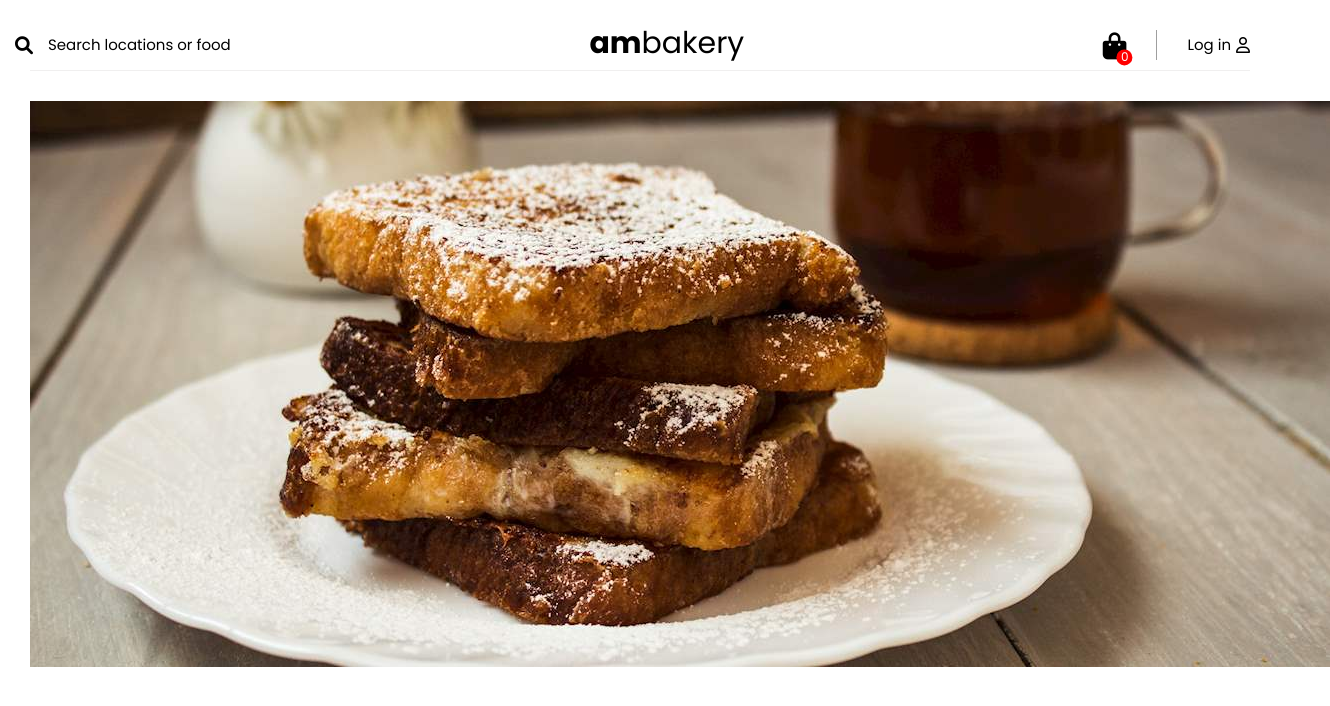
Repository: ntsanq/AmBakery
Page: http://localhost/
An editor plug-in stored every save of this project. The page is shown before and after the next save, followed by the edit.
The browser window is 1280 px wide. The page is 1330 px wide, so the pictures cover 1330 px, including what lies to the right of the window. The pictures show the whole page.
The page is run by PHP 8.4 with error messages shown; the project is at /var/www/html/.

Above is the page before, as saved 2021-12-11 16:14:38.

### khachhang/index.php
<!DOCTYPE html>
<html lang="en">
<head>
  <meta charset="UTF-8">
  <meta http-equiv="X-UA-Compatible" content="IE=edge">
  <meta name="viewport" content="width=device-width, initial-scale=1.0">
  <title>Document</title>
  <!-- GOOGLE FONT  -->
  <link href="https://fonts.googleapis.com/css2?family=Poppins:wght@300;400;500;600;700&family=Roboto:wght@500&display=swap0" rel="stylesheet">
    <!-- FONTAWESOME  -->
    <link rel="stylesheet" href="https://cdnjs.cloudflare.com/ajax/libs/font-awesome/6.0.0-beta3/css/all.min.css" integrity="sha512-Fo3rlrZj/k7ujTnHg4CGR2D7kSs0v4LLanw2qksYuRlEzO+tcaEPQogQ0KaoGN26/zrn20ImR1DfuLWnOo7aBA==" crossorigin="anonymous" referrerpolicy="no-referrer" />
  <link rel="stylesheet" href="./css/style.css">
</head>
<body>
  <header>
    <div class="header__left">
      <button class="btn header__search__btn">
        <i class="fas fa-search"></i>
      </button>
      <span>Search locations or food</span>
    </div>
    <div class="header__middle">
      <a href="#" class="header__logo">
        <!-- <img src="img/ta-logo-tamni.png" alt="TasteAtlas">         -->
        <span><b>am</b>bakery</span>
      </a>
    </div>

    <div class="header__right">

      <!-- <a href="#" class="btn header__submit">
        <span>submit info or photo</span>
      </a> -->
      <div class="header__cart">
        <i class="fas fa-shopping-bag"></i>
        <span>0</span>
      </div>
      <div class="vertical-line"></div>
      <a href="#" class="header__login">
        <span>Log in</span>
        <i class="far fa-user"></i>
      </a>


    </div>
    </header>

    <div class="container">
      <img src="img/banner-1.jpg" alt="Pain perdu">
    </div>
</body>
</html>

### khachhang/css/style.css
* {
  margin: 0;
  padding: 0;
}

*,
*::before,
*::after {
  box-sizing: inherit;
}

html {
  box-sizing: border-box;
  font-size: 62.5%;
}


body {
  font-family: "Poppins", sans-serif;
  font-weight: 400;
  line-height: 1.6rem;
  font-size: 1.4rem;
  margin: 3rem;
  position: relative;
  background-color: #fff;
}

header{
  width: 100%;
  font-family: inherit;
  display: flex;
  justify-content: space-between;
  align-items: center;
  font-size: 1.5rem;
  padding-bottom: 1rem;
  border-bottom: 1px solid rgba(221, 218, 218, 0.445);
}
a{
  text-decoration: none;
  color: black;
}
.vertical-line{
  width: 1px; /* Line width */
  background-color: rgba(0, 0, 0, 0.377); /* Line color */
  height: 3rem;
}
/* HEADER */
.btn{
  border: none;
  background-color: transparent;
}
.header__left{
  display: flex;
  justify-content: center;
  align-items: center;
  position: relative;
}
.header__left input{
  width: 20rem;
  height: 2rem;
  border: none;
}
.fa-search{
  font-size: 1.8rem;
  margin-left: -3rem;
  position: relative;
  z-index: 2;
}
.header__search__btn{
  width: 1.8rem;
  height: 1.8rem;
  border-radius: 100rem;
}
.header__logo span{
  font-size: 3rem;
}
/* .header__logo img{
  width: 12.8rem;
  height: 2.8rem;
} */
.header__submit{
  border: 1px solid rgba(204, 204, 204, 0.555);
  padding: 1rem 2rem;
}
.header__right{
  display: flex;
  justify-content: center;
  align-items: center;
  gap: 0 3rem;
}
/* .header__submit span{
  text-transform: uppercase;
  font-family: "Roboto",sans-serif;
  font-weight: 500;
  display: inline-block;
  vertical-align: center;
} */
.header__login{
  display: flex;
  justify-content: center;
  align-items: center;
  gap: 0 0.5rem;
  transition: all .3s;
}
.header__login:hover{
  color:  #fe8777 ;

}
.fa-user{
  font-size: 1.6rem;
}
.header__cart{
  position: relative;
}
.header__cart span{
  font-size: 1.2rem;
  position: absolute;
  right: 0;
  bottom: 0;
  transform: translate(40%,40%);
  z-index: 100000;
  width: 1.6rem;
  height: 1.6rem;
  border-radius: 100rem;
  background-color: red;
  color: #fff;
  display: flex;
  justify-content: center;
  align-items: center;
}
.fa-shopping-bag{
  font-size: 2.7rem;
  transition: all 0.3s;

}
.fa-shopping-bag:hover{
  color:  #fe8777 ;
  cursor: pointer;
}

/* ///////////////////////////////////////////////
////////////////////// BANNER */
.container{
  width: 130rem;
  margin: 3rem auto;

}
.banner{
  display: flex;
  justify-content: center;
  align-items: center;
}
.banner img{
  box-shadow: 0rem 0rem 3rem 0rem  rgba(0, 0, 0, 0.336)
}

/* /////////////////////////////////////
///////////////////////// PRODUCT CATEGORY */

.product{
  display: flex;
  justify-content: center;
  align-items: center;
  flex-direction: column;
  border-bottom: 1px solid #ccc;

}
.product__heading{
  font-size: 3rem;
  margin: 6rem;
}
.product_category{
  display: flex;
  justify-content: space-between;
  align-items: center;
}
.product__card{
  flex: 1 1 25%;
  padding: 3rem;
  color: #828282;
}
.product__card--body{
  display: flex;
  justify-content: center;
  align-items: flex-start;
  flex-direction: column;
  background-color: #fff;
  box-shadow: 0 1.3rem 2.4rem 0 rgb(0 0 0 / 5%);
}
.product__photo img{
  width: 100%;
  height: 16rem;
}
.product__info{
align-self: stretch;
display: flex;
justify-content: center;
align-items: flex-start;
flex-direction: column;
gap: 1.5rem 0;
margin: .9rem;
position: relative;
}
.product__info--text{
  display: flex;
  justify-content: center;
  align-items: flex-start;
  flex-direction: column;
  gap: .9rem 0;
}
.group a{
  color: rgb(75, 75, 75);
}
.price{

}
.product__cart{
  position: absolute;
  right: 0;
  bottom: 0;
}
.product__cart--btn{
  font-family: inherit;
  font-weight: 500;
  border: none;
  background-color: transparent;
  border-bottom: 2px solid #fe8777;
}
.product__cart--btn:hover{
  cursor: pointer;
  color:  #fe8777 ;
  transition: all .3s;
}


/* ///////////////////////////////////////////
///////////////// FOOTER  */
footer{
  margin-top: 6rem;
  display: flex;
  justify-content: center;
  align-items: center;
  flex-direction: column;
  gap: 3rem 0;
}
.social__contact{
  display: flex;
  justify-content: center;
  align-items: center;
  gap: 0 1.5rem;
}
.social__contact .fab{
  font-size: 2rem;
}
.social__contact .fab:hover{
cursor: pointer;
}

.footer__nav{

}
.nav__list{
  display: flex;
  justify-content: center;
  align-items: center;
  list-style: none;
  gap: 0 3rem;
  font-size: 1.8rem;

}
.nav__list-item:hover{
  cursor: pointer;
}
footer span{
  font-size: 1.2rem;
}

After the next save:
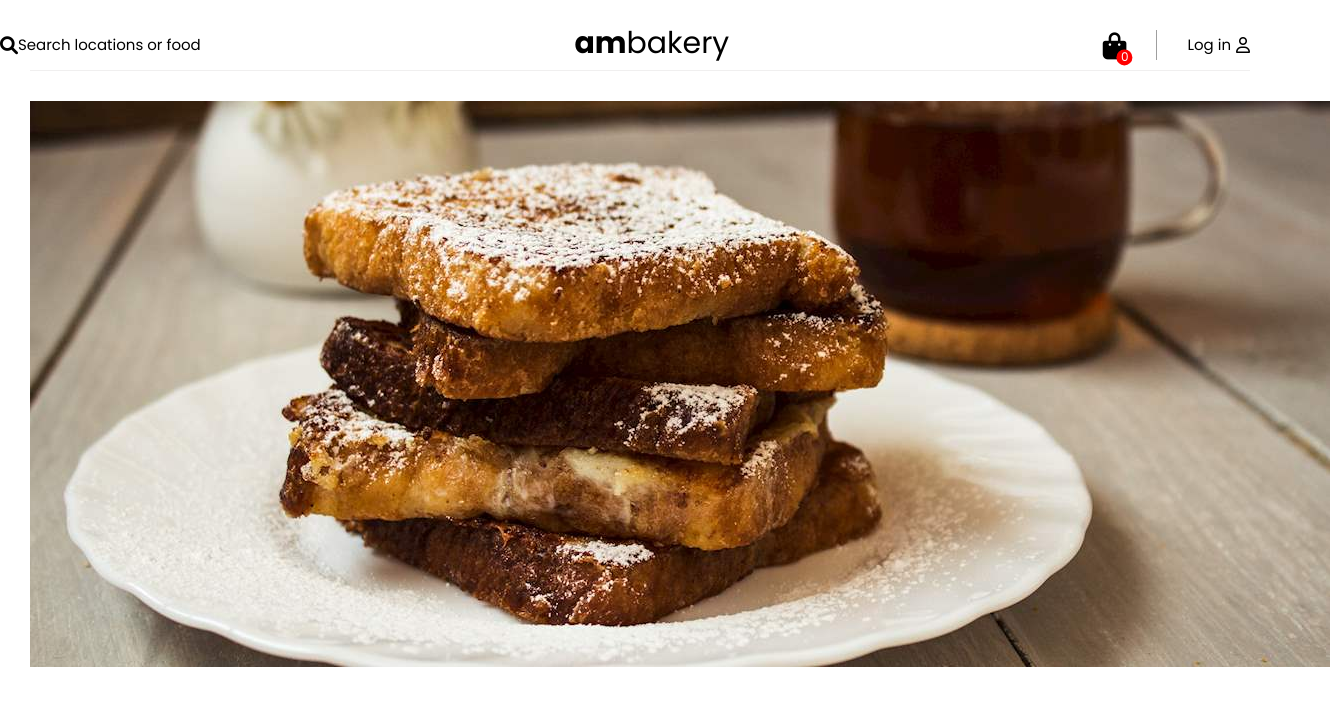
Saved 27 s later.
--- a/khachhang/css/style.css
+++ b/khachhang/css/style.css
@@ -62,14 +62,15 @@
 }
 .fa-search{
   font-size: 1.8rem;
-  margin-left: -3rem;
-  position: relative;
-  z-index: 2;
+
 }
 .header__search__btn{
   width: 1.8rem;
   height: 1.8rem;
   border-radius: 100rem;
+  margin-left: -3rem;
+  position: relative;
+  z-index: 2;
 }
 .header__logo span{
   font-size: 3rem;
